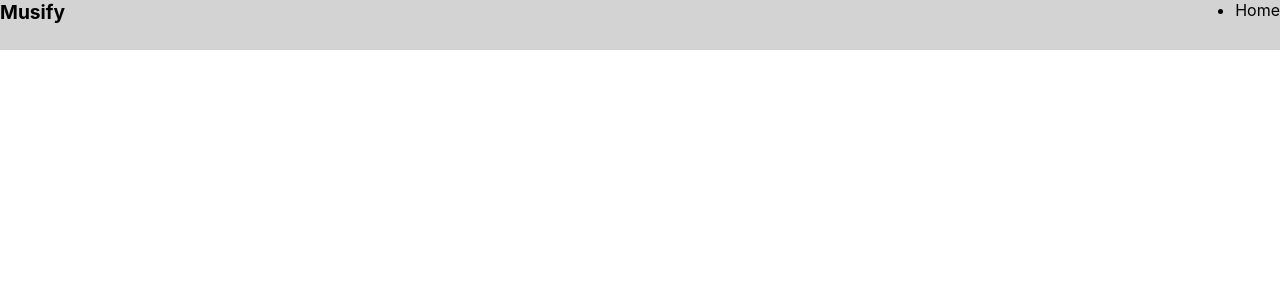
Repository: yuqiant/musify
Page: / (app in musify/)
An editor plug-in stored every save of this project. The page is shown before and after the next save, followed by the edit.
The browser window is 1280 px wide. The pictures show the whole page.
The project was rebuilt for these pictures with package versions that can differ from the ones it lists, and the page was loaded fresh each time. Also part of the build but not shown: musify/src/App.css, musify/src/home/index.js.

Above is the page before, as saved 2023-11-30 00:52:54.

### musify/src/index.js
import React from 'react';
import ReactDOM from 'react-dom/client';
import './index.css';
import App from './App';
import Home from './home';
import reportWebVitals from './reportWebVitals';

const root = ReactDOM.createRoot(document.getElementById('root'));
root.render(

  <React.StrictMode>
    <App />
  </React.StrictMode>
);

// If you want to start measuring performance in your app, pass a function
// to log results (for example: reportWebVitals(console.log))
// or send to an analytics endpoint. Learn more: https://bit.ly/CRA-vitals
reportWebVitals();

### musify/src/App.js
import logo from './logo.svg';
import './App.css';
import Navbar from './navbar';

function App() {
  // return (
  //   <div className="App">
  //     <header className="App-header">
  //       <img src={logo} className="App-logo" alt="logo" />
  //       <p>
  //         Edit <code>src/App.js</code> and save to reload.
  //       </p>
  //       <a
  //         className="App-link"
  //         href="https://reactjs.org"
  //         target="_blank"
  //         rel="noopener noreferrer"
  //       >
  //         Learn React
  //       </a>
  //     </header>
  //   </div>
  // );
  return (
    <div>
      <Navbar />
    </div>
  );

}

export default App;

### musify/src/navbar/index.js
// import React from "react";

// const Navbar = () => {
//     return (
//         <nav className="navbar navbar-expand-lg navbar-light bg-light">
//             <a className="navbar-brand" href="#">
//                 Navbar
//             </a>
//             <button
//                 className="navbar-toggler"
//                 type="button"
//                 data-toggle="collapse"
//                 data-target="#navbarNavDropdown"
//                 aria-controls="navbarNavDropdown"
//                 aria-expanded="false"
//                 aria-label="Toggle navigation"
//             >
//                 <span className="navbar-toggler-icon"></span>
//             </button>

//             <div className="collapse navbar-collapse" id="navbarNavDropdown">
//                 <ul className="navbar-nav">
//                     <li className="nav-item active">
//                         <a className="nav-link" href="#">
//                             Home <span className="sr-only">(current)</span>
//                         </a>
//                     </li>
//                     <li className="nav-item">
//                         <a className="nav-link" href="#">
//                             Features
//                         </a>
//                     </li>
//                     <li className="nav-item">
//                         <a className="nav-link" href="#">
//                             Pricing
//                         </a>
//                     </li>
//                     <li className="nav-item dropdown">
//                         <a
//                             className="nav-link dropdown-toggle"
//                             href="#"
//                             id="navbarDropdownMenuLink"
//                             data-toggle="dropdown"
//                             aria-haspopup="true"
//                             aria-expanded="false"
//                         >
//                             Dropdown link
//                         </a>
//                         <div
//                             className="dropdown-menu"
//                             aria-labelledby="navbarDropdownMenuLink"
//                         >
//                             <a className="dropdown-item" href="#">
//                                 Action
//                             </a>
//                             <a className="dropdown-item" href="#">
//                                 Another action
//                             </a>
//                             <a className="dropdown-item" href="#">
//                                 Something else here
//                             </a>
//                         </div>
//                     </li>
//                 </ul>
//             </div>
//         </nav>
//     );
// };

// export default Navbar;
// Navbar.js
import React from 'react';
// import { NavLink } from 'react-router-dom';
import './index.css';

const Navbar = () => {
    return (
        <nav className="wd-navigation">
            {/* <div className="nav-container"> */}
            {/* Logo 或者站点名称 */}
            {/* <NavLink exact to="/" className="nav-logo">
                    Recipe Roulette
                </NavLink> */}
            <p className="bold-left-align">Musify</p>

            {/* 导航链接 */}
            <ul className="nav-menu">
                <li className="nav-item">
                    {/* <NavLink exact to="/" activeClassName="active"> */}
                    Home
                    {/* </NavLink> */}
                </li>
                {/* 语言和注册/登录可以是下拉菜单或者额外的链接 */}
                {/* <li className="nav-item">
                        <NavLink to="/language" activeClassName="active">
                            Language
                        </NavLink>
                    </li>
                    <li className="nav-item">
                        <NavLink to="/signin" activeClassName="active">
                            Sign In/Up
                        </NavLink>
                    </li> */}
            </ul>
            {/* </div> */}
        </nav>
    );
};

export default Navbar;

### musify/src/home/index.css
/* Reset margin and padding to remove default browser styling */
* {
    margin: 0;
    padding: 0;
    box-sizing: border-box;
}

/* General App styling */
.App {
    text-align: center;
}

/* Navigation bar styling */
.App-nav {
    display: flex;
    justify-content: space-between;
    align-items: left;
    background-color: #282c34;
    padding: 1rem;
    color: white;
}

.App-nav h1 {
    font-size: 1.5rem;
}

.App-nav a {
    color: white;
    text-decoration: none;
    margin-left: 1rem;
}

.App-nav a:hover {
    text-decoration: underline;
}

/* Header and content styling */
.App-header {
    color: white;
    padding-top: 60px;
    /* Adjust this value as needed */
}

.App-logo {
    height: 40vmin;
    pointer-events: none;
}

.App-link {
    color: #61dafb;
}

.App-link:hover {
    color: #39a9db;
}

### musify/src/navbar/index.css
.wd-navigation {
    background-color: lightgray;
    list-style: none;
    padding: 0;
    margin: 0;
    width: 100%;
    /* Full width */
    display: flex;
    /* Align items in a row */
    justify-content: space-between;
    /* Even spacing */
    height: 50px;
}

.wd-navigation .list-group-item {
    display: inline-block;
    /* Make list items inline */
    border-radius: 0;
    /* Optional: removes border-radius */
}

.wd-navigation a {
    padding: 10px;
    margin-bottom: 0;
    /* Adjust for horizontal layout */
    font-size: 0.8em;
    text-align: center;
    background-color: black;
    border: none;
    display: block;
    /* Ensure proper alignment */
    color: white;
    /* Text color */
    text-decoration: none;
}

.wd-navigation a.active {
    background-color: white;
    color: red;
}

.wd-icon,
.wd-navigation a i {
    color: red;
    font-size: 2em;
    margin-bottom: 0;
    /* Adjust for horizontal layout */
}

.list-group-item {
    color: white;
    /* Set default text color to white */
    padding: 5px 10px;
}

.list-group-item.active {
    background-color: black;
    color: red;
}

/* Responsive adjustments (if needed) */
@media (max-width: 600px) {
    .wd-navigation a {
        padding: 5px;
        font-size: 0.6em;
    }
}

.bold-left-align {
    font-weight: bold;
    text-align: left;
    padding-left: 0;
    font-size: 1.2em;
}

Loaded but not shown: musify/public/index.html (common file); musify/src/index.css (common file); musify/src/reportWebVitals.js (common file)

After the next save:
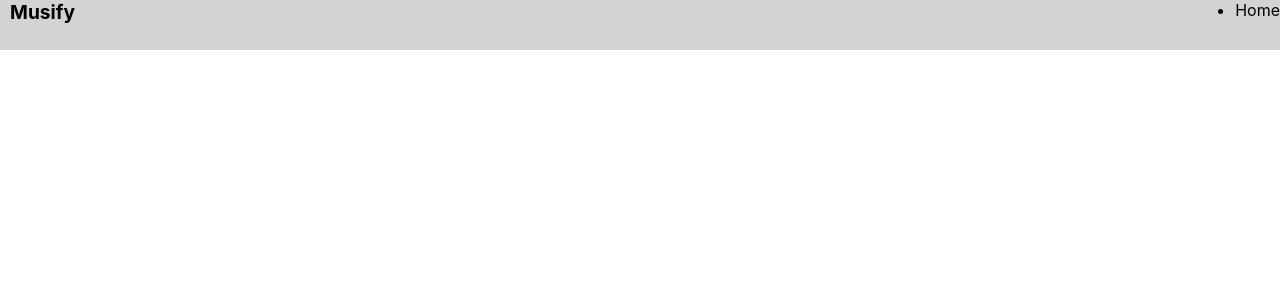
Saved 12 s later.
--- a/musify/src/navbar/index.css
+++ b/musify/src/navbar/index.css
@@ -69,6 +69,6 @@
 .bold-left-align {
     font-weight: bold;
     text-align: left;
-    padding-left: 0;
+    padding-left: 10px;
     font-size: 1.2em;
 }
